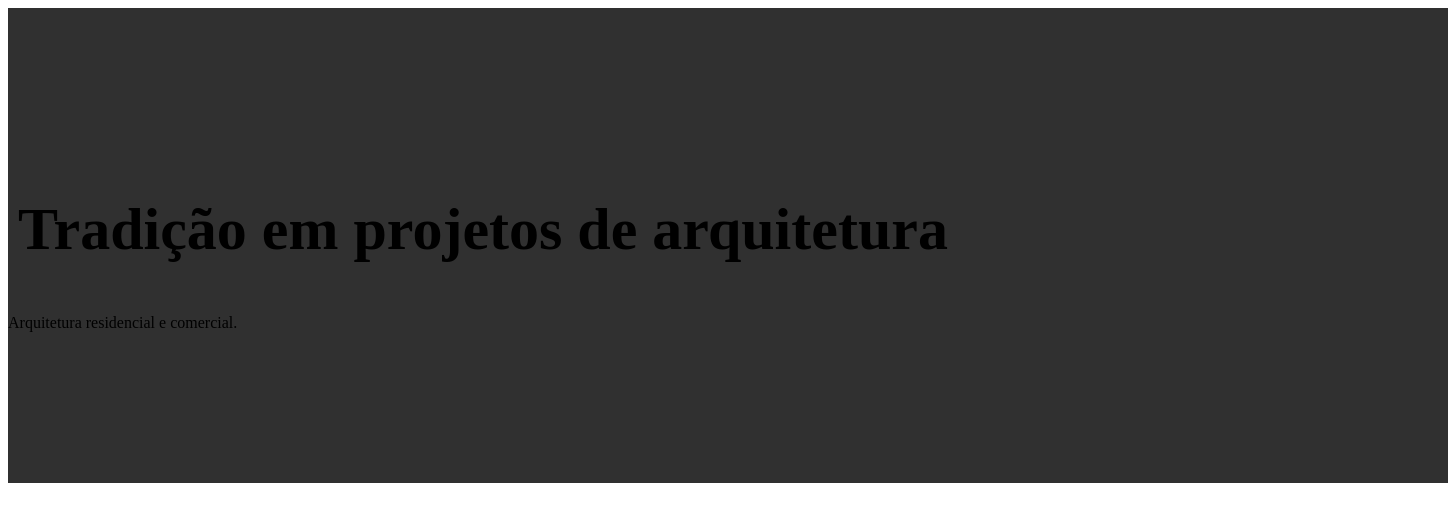
Repository: kleber-goncalves/RID196047_Desafio01
Page: index.html
These files come from the project's save history. The page is drawn as it stood at one moment and after the next save; the edit follows.
The browser window is 1280 px wide. The page is 1448 px wide, so the pictures cover 1448 px, including what lies to the right of the window. The pictures show the whole page.

Above is the page before, as saved 2024-12-18 16:20:17.

### index.html
<!DOCTYPE html>
<html lang="pt-br">
  <head>
    <meta charset="UTF-8" />
    <meta name="viewport" content="width=device-width, initial-scale=1.0" />
    <title>RID196047_Desafio01</title>
    <link rel="stylesheet" href="style.css" />
  </head>
  <body class="conteiner">
    <section class="conteiner" id="topo">
      <div>
        <h1 id="txt-topo">Tradição em projetos de arquitetura</h1>
        <p>Arquitetura residencial e comercial.</p>
      </div>
    </section>
  </body>
</html>

### style.css
.conteiner {
  box-sizing: border-box;
  display: grid;
  grid-auto-flow: column;
  grid-auto-columns: 1fr;
}

#topo {
  background-color: #303030;
  display: flex;
  align-items: center;
  width: 1440px;
  height: 475px;
}

#txt-topo {
  margin-left: 10px;
  font-size: 60px;
  font-style: normal;
  font-weight: 600;
  line-height: 72px;
}

After the next save:
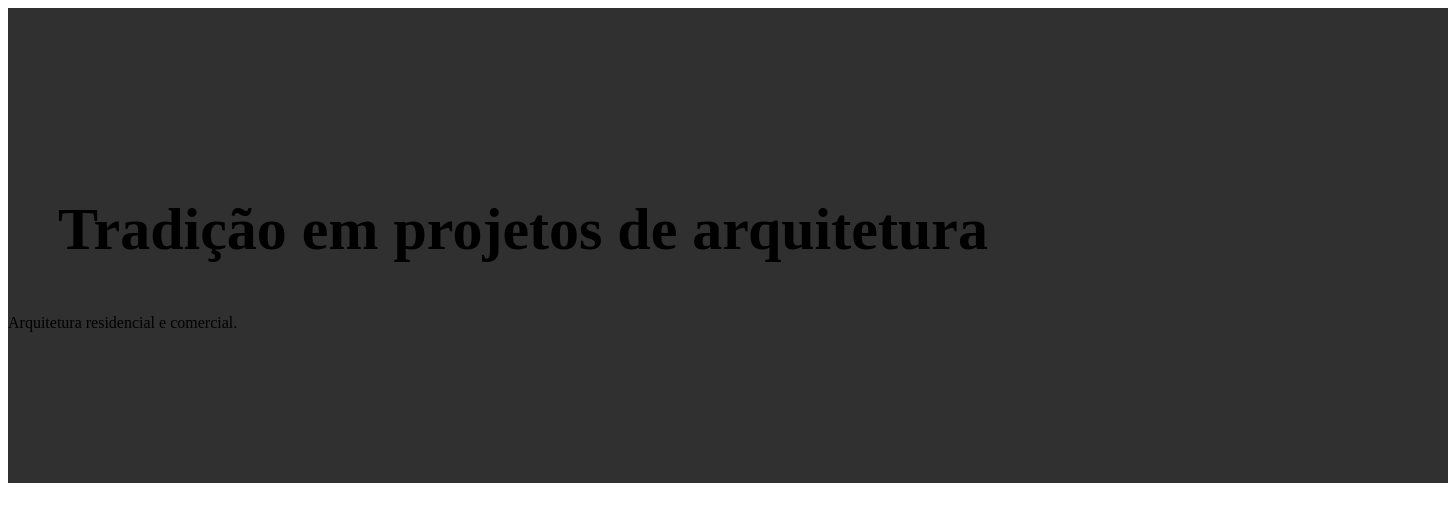
Saved 14 s later.
--- a/style.css
+++ b/style.css
@@ -14,7 +14,7 @@
 }
 
 #txt-topo {
-  margin-left: 10px;
+  margin-left: 50px;
   font-size: 60px;
   font-style: normal;
   font-weight: 600;
